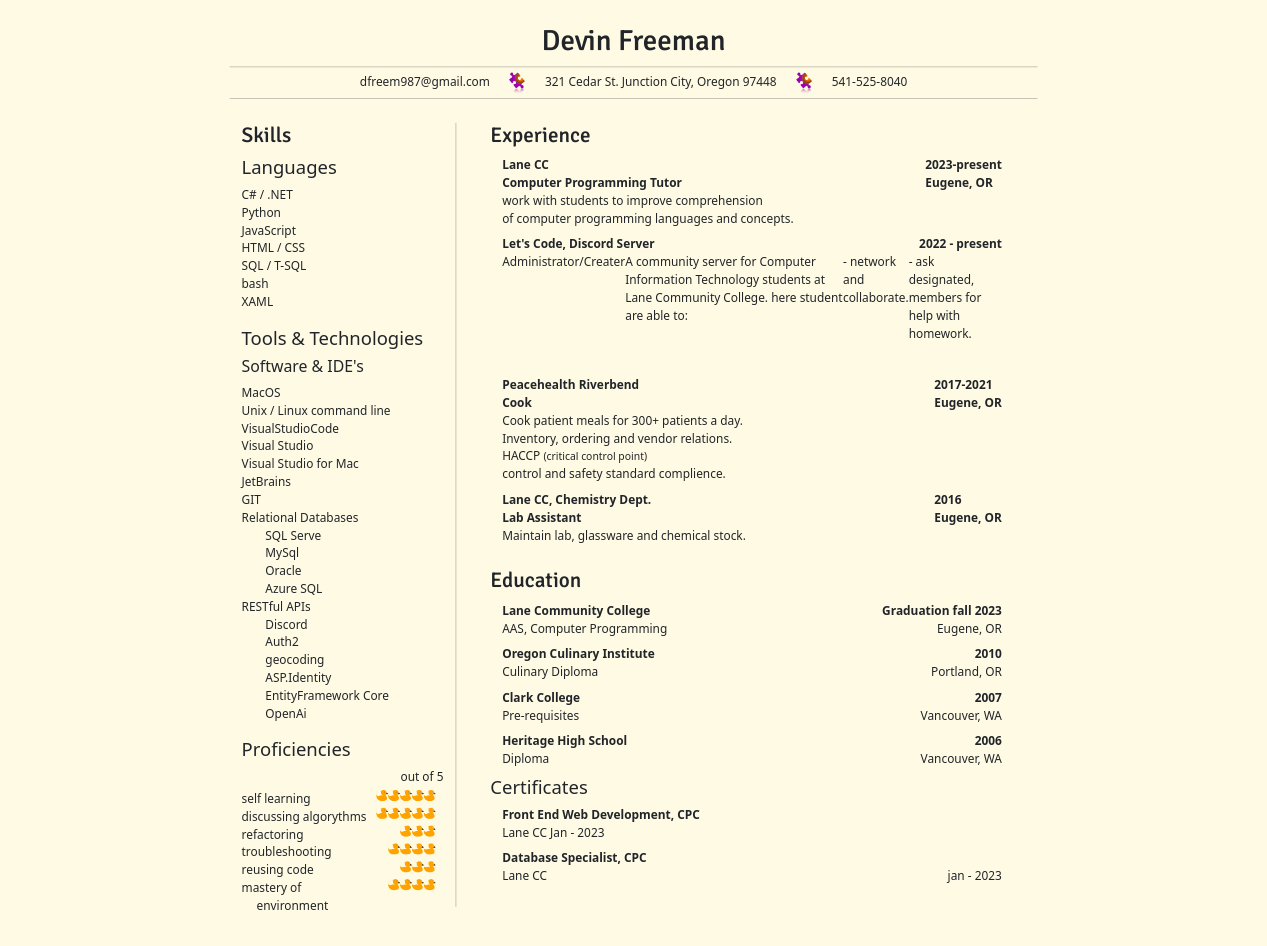
Repository: Dfreem/Resume
Page: index.html
The author's editor kept a copy of each file at every save. The page is drawn from the files as they stood at one save, then again after the next save.
The browser window is 1280 px wide. The pictures show the whole page, at 99% of full size.

Above is the page before, as saved 2023-02-13 08:59:13.

### index.html
<!DOCTYPE html>
<html lang="en">

<head>
    <meta charset="UTF-8">
    <meta http-equiv="X-UA-Compatible" content="IE=edge">
    <meta name="viewport" content="width=device-width, initial-scale=1.0">
    <link href="https://cdn.jsdelivr.net/npm/bootstrap@5.3.0-alpha1/dist/css/bootstrap.min.css" rel="stylesheet"
        integrity="sha384-GLhlTQ8iRABdZLl6O3oVMWSktQOp6b7In1Zl3/Jr59b6EGGoI1aFkw7cmDA6j6gD" crossorigin="anonymous">
    <link href="resume.css" rel="stylesheet" />
    <title>Devin Freeman</title>
</head>

<body>

    <h1>Devin Freeman</h1>
    <hr />

    <!-- ========= banner ========= -->

    <div class="personal-info">
        dfreem987@gmail.com
        &emsp;
        <span><img src="puzzle.png" class="puzzle-piece"></img></span>
        &emsp;
        321 Cedar St. Junction City, Oregon 97448
        &emsp;
        <span><img src="puzzle.png" class="puzzle-piece"></img></span>
        &emsp;
        541-525-8040
        <!-- &nbsp;freemand@my.lanecc.edu -->
    </div>
    <hr />
    <!-- ========= Skills start ========= -->

    <div class="hstack">
        <div class="vstack skill-stack">
            <h2>Skills</h2>

            <!-- ========= programming language list ========= -->

            <ul class="langs">
                <div class="d-flex flex-row flex-nowrap">
                    <h3>Languages</h3>
                </div>
                <li class="d-flex flex-row flex-nowrap">
                    C# / .NET</li>
                <li class="d-flex flex-row flex-nowrap">
                    Python</li>
                <li class="d-flex flex-row flex-nowrap">
                    JavaScript</li>
                <li class="d-flex flex-row flex-nowrap">
                    HTML / CSS</li>
                <li class="d-flex flex-row flex-nowrap">
                    SQL / T-SQL</li>
                <li class="d-flex flex-row flex-nowrap">
                    bash</li>
                <li class="d-flex flex-row flex-nowrap">
                    XAML</li>
            </ul>
            <ul>
                <div>
                    <h3>Tools & Technologies</h3>
                    <h4>Software & IDE's</h4>
                    <li>MacOS</li>
                    <li>Unix / Linux command line</li>
                    <li>VisualStudioCode</li>
                    <li>Visual Studio</li>
                    <li>Visual Studio for Mac</li>
                    <li>JetBrains </li>
                    <li>GIT</li>
                    <li>
                        <ul>
                            Relational Databases
                            <li class="ms-4">SQL Serve</li>
                            <li class="ms-4">MySql</li>
                            <li class="ms-4">Oracle</li>
                            <li class="ms-4">Azure SQL</li>
                        </ul>
                    </li>
                    <li>
                        <ul>
                            RESTful APIs
                            <li class="ms-4">Discord</li>
                            <li class="ms-4">Auth2</li>
                            <li class="ms-4">geocoding</li>
                            <li class="ms-4">ASP.Identity</li>
                            <li class="ms-4">EntityFramework Core</li>
                            <li class="ms-4">OpenAi</li>
                        </ul>
                    </li>
                    <li>

                    </li>
                    <li>

                    </li>
                </div>
            </ul>

            <!-- ========= Soft Skills ========= -->
            <div>
                <h3 class="same-line">Proficiencies</h3>

                <div class="push-right same-line">
                    out of 5
                </div>

            </div>
            <ul class="profs me-2">
                <li class="d-flex flex-row flex-nowrap">
                    self learning<div class="push-right five"></div>
                </li>
                <li class="d-flex flex-row flex-nowrap">
                    discussing algorythms<div class="push-right five"></div>
                </li>
                <li class="d-flex flex-row flex-nowrap">
                    refactoring<div class="push-right three"></div>
                </li>
                <li class="d-flex flex-row flex-nowrap">
                    troubleshooting<div class="push-right four"></div>
                </li>
                <li class="d-flex flex-row flex-nowrap">
                    reusing code<div class="push-right three"></div>
                </li>
                <li class="d-flex flex-row flex-nowrap">
                    mastery of <br />&emsp; environment<div class="push-right four">
                    </div>
                </li>
                <li class="dlex flex-row flex-nowrap"></li>
            </ul>

            <!-- ========= Professional References ========= -->

            <!-- <hr class="my-3" />
                <h3>References</h3>
                <dl class="profs me-2">
                    <dt class="d-flex flex-row flex-nowrap">
                        Bryce Fisher
                        <div class="push-right">
                            Lane CC, 2022
                        </div>
                    </dt>
                    <dd>
                        <b>collaborator / school colleague</b><br />
                        360-913-4165 <br />
                        bryce.e.fisher@gmail.com.
                    </dd>
                </dl>

                <dl class="profs me-2">
                    <dt class="d-flex flex-row flex-nowrap">
                        Ben Wilson
                        <div class="push-right">
                            Lane CC, 2022
                    </div>
                </dt>
                <dd>
                    <b>school colleague / tutee</b><br />
                    541-870-0555<br />
                    benosliw@gmail.com
                </dd>
            </dl>

            <dl class="profs me-2">
                <dt class="d-flex flex-row flex-nowrap">
                    Paul Frost
                    <div class="push-right">
                        Lane CC, 2022
                    </div>
                </dt>
                <dd>
                    <b>school colleague / tutee</b><br />
                    458-210-0711<br />
                    workpaulfrost@gmail.com<br />

                </dd>
            </dl> -->
        </div>
        <div class="vr my-4"></div>
        <div class="vstack work-stack">

            <!-- ========= Most Recent Work History ========= -->

            <dl class="work-history mt-4">
                <h2>Experience</h2>

                <!-- ========== Experience ========== -->

                <div class="container work-container">
                    <dt class="d-flex flex-nowrap flex-row">
                        Lane CC
                        <br />
                        Computer Programming Tutor
                        <div class="push-right">
                            2023-present
                            <br />
                            Eugene, OR
                        </div>
                    </dt>
                    <dd class="ed-details">
                        work with students to improve comprehension <br /> of computer programming languages and
                        concepts.
                    </dd>
                </div>
                <div class="container work-container">
                    <dt class="d-flex flex-nowrap flex-row">
                        <div class="ed-title">Let's Code, Discord Server</div>
                        <div class="push-right">2022 - present</div>
                    </dt>
                    <dd class="d-flex flex-nowrap flex-row">
                        <div class="ed-title"> Administrator/Creater</div>
                        A community server for Computer Information Technology students
                        at Lane Community College. here student are able to:
                        <li>- network and collaborate.</li>
                        <li>- ask designated, members for help with homework.</li>
                    </dd>
                </div>
                <div class="container work-container">
                    <dt class="d-flex flex-nowrap flex-row">
                    <br />

                    </dt>
                    <dd>


                    </dd>
                </div>
                <!-- ========== work history slot 2 ========== -->
                <div class="container work-container">
                    <dt class="d-flex flex-nowrap flex-row">
                        Peacehealth Riverbend
                        <br />
                        Cook
                        <div class="push-right">
                            2017-2021
                            <br />
                            Eugene, OR
                        </div>
                    </dt>
                    <dd class="ed-details">
                        Cook patient meals for 300+ patients a day. <br />
                        Inventory, ordering and vendor relations. <br />
                        HACCP <small>(critical control point)</small><br />
                        control and safety standard complience. <br />
                    </dd>
                </div>

                <!-- ========== work history slot 3 ========== -->
                <!--
                    <div class="container work-container">
                        <dt class="d-flex flex-nowrap flex-row">
                            McMenamins
                            <br />
                            Assistant kitchen manager
                            <div class="push-right">
                                2011-2013
                                <br />
                                Portland, OR
                                <br />
                            </div>
                        </dt>
                        <dd class="ed-details">
                            Staff management. Food order expeditor. <br />
                            Proficient in all stations including Pizza Kitchen.
                        </dd>
                    </div> -->

                <!-- ========== work history slot 3 ========== -->

                <div class="container work-container">
                    <dt class="d-flex flex-nowrap flex-row">
                       Lane CC, Chemistry Dept.
                        <br />
                        Lab Assistant
                        <div class="push-right">
                            2016
                            <br />
                            Eugene, OR
                        </div>
                    </dt>
                    <dd class="ed-details">Maintain lab, glassware and chemical stock.</dd>
                </div>
            </dl>

            <!-- ========== Education Start ========== -->

            <dl class="education">
                <h2>Education</h2>

                <!-- ========== Education slot 1 ========== -->

                <div class="container work-container">
                    <dt class="d-flex flex-nowrap flex-row">
                        <div class="ed-title">Lane Community College</div>
                        <div class="push-right">Graduation fall 2023</div>
                    </dt>
                    <dd class="d-flex flex-nowrap flex-row">
                        <div class="ed-title">AAS, Computer Programming </div>
                        <span class="push-right"> Eugene, OR </span>
                    </dd>
                </div>

                <!-- ========== Education slot 2 ========== -->

                <div class="container work-container">
                    <dt class="d-flex flex-nowrap flex-row">
                        <div class="ed-title">Oregon Culinary Institute</div>
                        <span class="push-right">2010</span>
                    </dt>
                    <dd class="d-flex flex-nowrap flex-row">
                        <div class="ed-title">Culinary Diploma</div>
                        <span class="push-right">Portland, OR</span>
                    </dd>
                </div>

                <!-- ========== Education slot 3 ========== -->

                <div class="container work-container">
                    <dt class="d-flex flex-nowrap flex-row">
                        <div class="ed-title">Clark College</div>
                        <span class="push-right">2007</span>
                    </dt>
                    <dd class="d-flex flex-nowrap flex-row">
                        <div class="ed-title">Pre-requisites</div>
                        <span class="push-right">Vancouver, WA</span>
                    </dd>
                </div>

                <!-- ========== Education slot 4 ========== -->

                <div class="container work-container">
                    <dt class="d-flex flex-nowrap flex-row">
                        <div class="ed-title">Heritage High School</div>
                        <span class="push-right">2006</span>
                    </dt>
                    <dd class="d-flex flex-nowrap flex-row">
                        <div class="ed-title">Diploma</div>
                        <span class="push-right">Vancouver, WA</span>
                    </dd>
                </div>
                <!-- ========= Certifications ========= -->


                <h3>Certificates</h3>
                <div class="container work-container">
                    <dt class="d-flex flex-row flex-nowrap">
                        <div class="ed-title">Front End Web Development, CPC
                        </div>
                    </dt>
                    <dd>
                        <span class="push-right">
                            Lane CC
                            Jan - 2023

                        </span>
                    </dd>
                </div>

                <div class="container work-container">
                    <dt>Database Specialist, CPC </dt>
                    <dd class="d-flex flex-row flex-nowrap">Lane CC
                        <span class="push-right">jan - 2023</span>
                    </dd>
                </div>
        </div>
        </dl>



    </div>
    </div>
    <dl class="d-grid container">
        <div class="row">

    </dl>
    </div>

</body>
<script src="https://cdn.jsdelivr.net/npm/bootstrap@5.3.0-alpha1/dist/js/bootstrap.bundle.min.js"
    integrity="sha384-w76AqPfDkMBDXo30jS1Sgez6pr3x5MlQ1ZAGC+nuZB+EYdgRZgiwxhTBTkF7CXvN"
    crossorigin="anonymous"></script>

</html>

### resume.css
@import url('https://fonts.googleapis.com/css2?family=Raleway:ital,wght@0,500;0,700;0,800;1,500&family=Signika:wght@400;500;700&display=swap');

/*
font-family: 'Raleway', sans-serif;
font-family: 'Signika', sans-serif;
*/
body {
    /* padding-inline: 0.5in; */
    padding-block-start: 2em;
    margin: auto;
    max-width: 8.5in;
    min-width: 8.5in;
    max-height: 11in;
    font-size: 12px;
    background-color: rgb(255, 250, 228);
}

.personal-info {
    text-align: center;
    margin-bottom: 0;
}

h1 {
    font-family: 'Signika', sans-serif;
    text-align: center;
    font-size: 22pt;
    letter-spacing: 105%;
}

h2 {
    font-family: 'Signika', sans-serif;
    font-size: 16pt;
    margin-block-start: 0;
}

h3 {
    font-size: 14pt;
    width: fit-content;
}

h4 {
    font-size: 12pt;
}

.puzzle-piece {
    width: 1.6em;
    margin-block: .3em;
}

.work-history {
    width: 90%;
    align-self: flex-end;
    margin-inline-end: 2em;
}

.education {
    align-self: flex-end;
    margin-inline-end: 2em;
    width: 90%;
    margin-block-start: 0em;
}

.skill-stack {
    min-width:25%;
    margin-inline:1em;
    margin-block-end: 1em;
    margin-top: 2em;
    /* background-color: chartreuse; */
}

.push-right {
    margin-inline-start: auto;
}

.profs {
    /* font-size: 10px; */
    margin-block: .3em;
}

.extra {
    align-self: flex-end;
    margin-inline-end: 2em;
    width: 90%;
    margin-block-start: 0em;
}

.five {
    background-image: url("ducky.png");
    background-size: 12px;
    background-repeat: repeat-x;
    width:60px;
 }

.four {
    background-image: url("ducky.png");
    background-size: 12px;
    background-repeat: repeat-x;
    width:48px;
    /* background-position: ; */
}

.three {
    background-image: url("ducky.png");
    background-size: 12px;
    background-repeat: repeat-x;
    width:36px;
 }
.two {
    background-image: url("ducky.png");
    background-size: 12px;
    background-repeat: repeat-x;
    width:24px;
 }

 .same-line {
    max-width: fit-content;
 }

hr {
    margin-block: 0;
}

ul {
    padding-Inline: 0;
}

li {
    list-style: none;
}

After the next save:
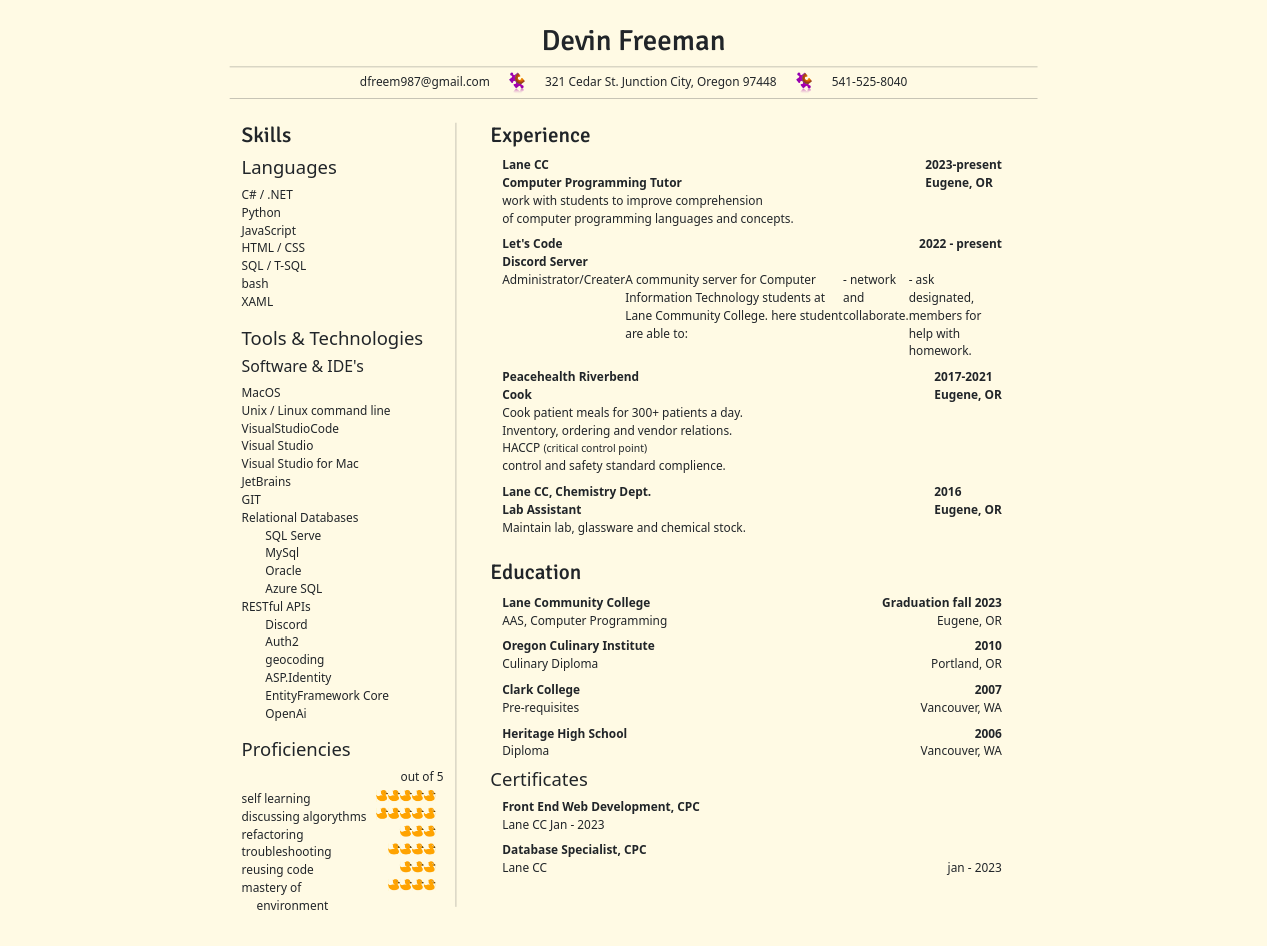
Saved 2 min 33 s later.
--- a/index.html
+++ b/index.html
@@ -203,27 +203,17 @@
                         concepts.
                     </dd>
                 </div>
-                <div class="container work-container">
-                    <dt class="d-flex flex-nowrap flex-row">
-                        <div class="ed-title">Let's Code, Discord Server</div>
+
+                <div class="container work-container">
+                    <dt class="d-flex flex-nowrap flex-row">
+                        Let's Code<br /> Discord Server
                         <div class="push-right">2022 - present</div>
                     </dt>
                     <dd class="d-flex flex-nowrap flex-row">
                         <div class="ed-title"> Administrator/Creater</div>
-                        A community server for Computer Information Technology students
-                        at Lane Community College. here student are able to:
+                        A community server for Computer Information Technology students at Lane Community College. here student are able to:
                         <li>- network and collaborate.</li>
                         <li>- ask designated, members for help with homework.</li>
-                    </dd>
-                </div>
-                <div class="container work-container">
-                    <dt class="d-flex flex-nowrap flex-row">
-                    <br />
-
-                    </dt>
-                    <dd>
-
-
                     </dd>
                 </div>
                 <!-- ========== work history slot 2 ========== -->
